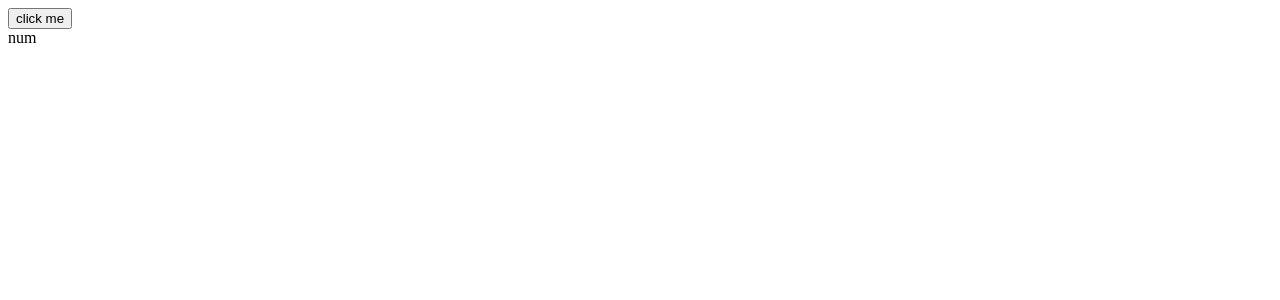
Repository: lwygold/vue
Page: learn-vue-js-master/playground/event-emit.html
The author's editor kept a copy of each file at every save. The page is drawn from the files as they stood at one save, then again after the next save.
The browser window is 1280 px wide. The pictures show the whole page.

Above is the page before, as saved 2023-04-15 18:07:43.

After the next save:
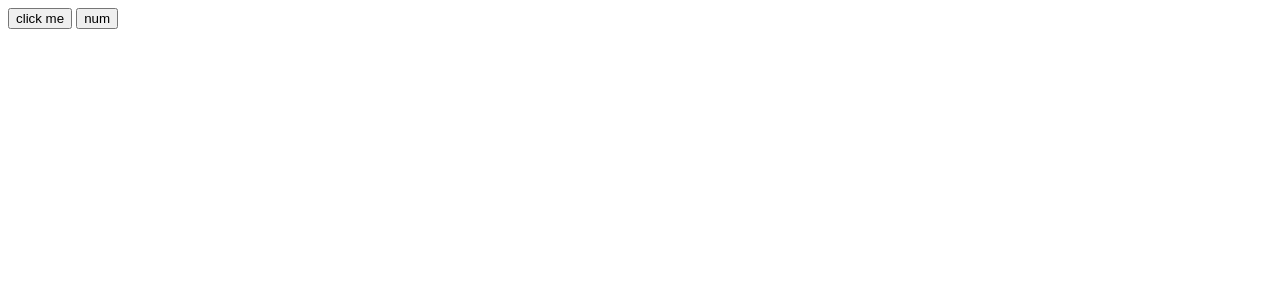
Saved 9 s later.
--- a/learn-vue-js-master/playground/event-emit.html
+++ b/learn-vue-js-master/playground/event-emit.html
@@ -25,7 +25,7 @@
         }
 
         var appContent = {
-            template: '<div v-on:click="addEvent">num</button>',
+            template: '<button v-on:click="addEvent">num</button>',
             methods: {
                 passEvent: function() {
                     this.$emit('pass');
